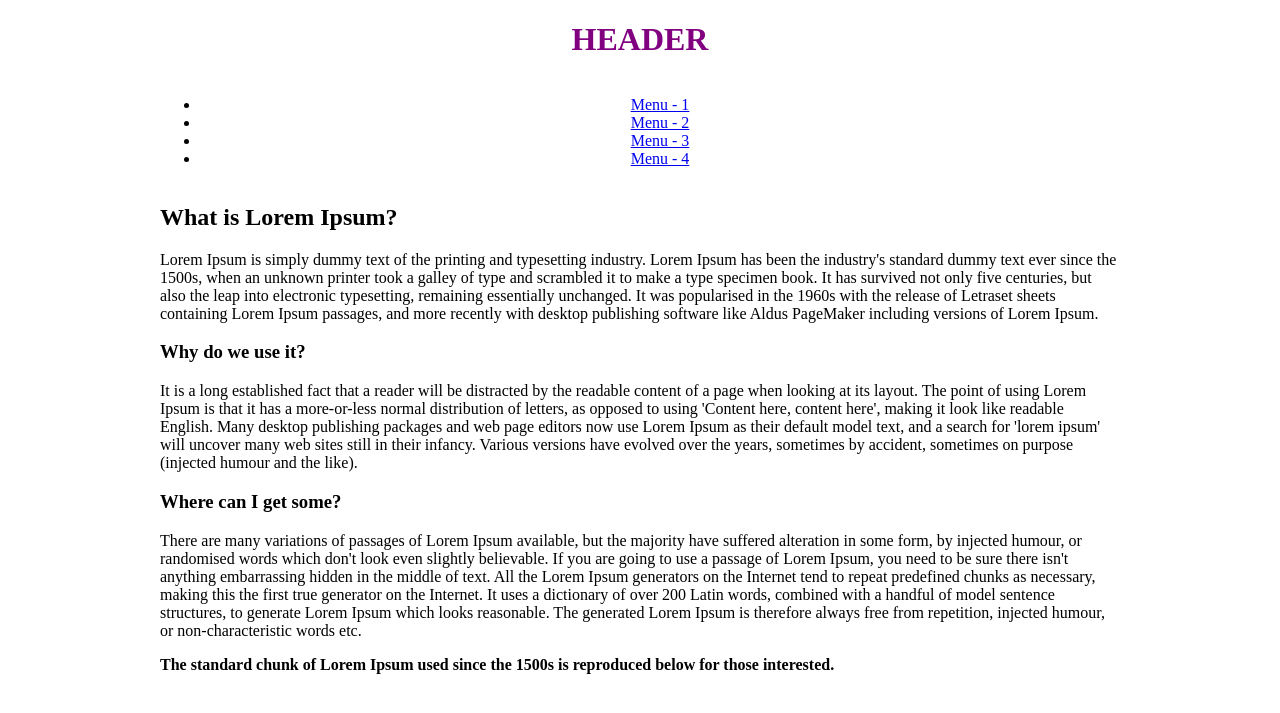
Repository: skybluelion/KB
Page: KB/work05_front/front01_html5/src/main/webapp/html06_semantic.html
The author's editor kept a copy of each file at every save. The page is drawn from the files as they stood at one save, then again after the next save.
The browser window is 1280 px wide. The pictures show the whole page.

Above is the page before, as saved 2023-04-07 06:00:56.

### KB/work05_front/front01_html5/src/main/webapp/html06_semantic.html
<!DOCTYPE html>
<html>
<head>
<meta charset="UTF-8">
<title>div태그 대신에 각각의 영역의 의미를 살린Semantic tag를 사용</title>
<style>
	body {
		width: 960px;
		margin: 0 auto;
	}

	header {
		color: purple;
		text-align: center;
	}

	nav	{
		text-align: center;
		align-content: center;
	}

	aside {
		margin

	}
}
</style>
</head>

<body>
	<header>
		<h1>HEADER</h1>
	</header>

	<nav>
		<ul>
			<li><a href="#">Menu  -   1</a></li>
			<li><a href="#">Menu  -   2</a></li>
			<li><a href="#">Menu  -   3</a></li>
			<li><a href="#">Menu  -   4</a></li>
		</ul>
	</nav>

	<aside>
		<h1>What is Lorem Ipsum?</h1>
		<p>Lorem Ipsum is simply dummy text of the printing and typesetting industry. Lorem Ipsum has been the industry's standard dummy text ever since the 1500s, when an unknown printer took a galley of type and scrambled it to make a type specimen book. It has survived not only five centuries, but also the leap into electronic typesetting, remaining essentially unchanged. It was popularised in the 1960s with the release of Letraset sheets containing Lorem Ipsum passages, and more recently with desktop publishing software like Aldus PageMaker including versions of Lorem Ipsum.</p>
	</aside>


	<article>
		<section>
			<h1>Why do we use it?</h1>
			<p>It is a long established fact that a reader will be distracted by the readable content of a page when looking at its layout. The point of using Lorem Ipsum is that it has a more-or-less normal distribution of letters, as opposed to using 'Content here, content here', making it look like readable English. Many desktop publishing packages and web page editors now use Lorem Ipsum as their default model text, and a search for 'lorem ipsum' will uncover many web sites still in their infancy. Various versions have evolved over the years, sometimes by accident, sometimes on purpose (injected humour and the like).</p>
		</section>


		<section>
			<h1>Where can I get some?</h1>
			<p>There are many variations of passages of Lorem Ipsum available, but the majority have suffered alteration in some form, by injected humour, or randomised words which don't look even slightly believable. If you are going to use a passage of Lorem Ipsum, you need to be sure there isn't anything embarrassing hidden in the middle of text. All the Lorem Ipsum generators on the Internet tend to repeat predefined chunks as necessary, making this the first true generator on the Internet. It uses a dictionary of over 200 Latin words, combined with a handful of model sentence structures, to generate Lorem Ipsum which looks reasonable. The generated Lorem Ipsum is therefore always free from repetition, injected humour, or non-characteristic words etc.</p>
		</section>
	</article>


	<footer>
		<span><b>The standard chunk of Lorem Ipsum used since the 1500s is reproduced below for those interested.</b></span>
	</footer>

</body>
</html>

After the next save:
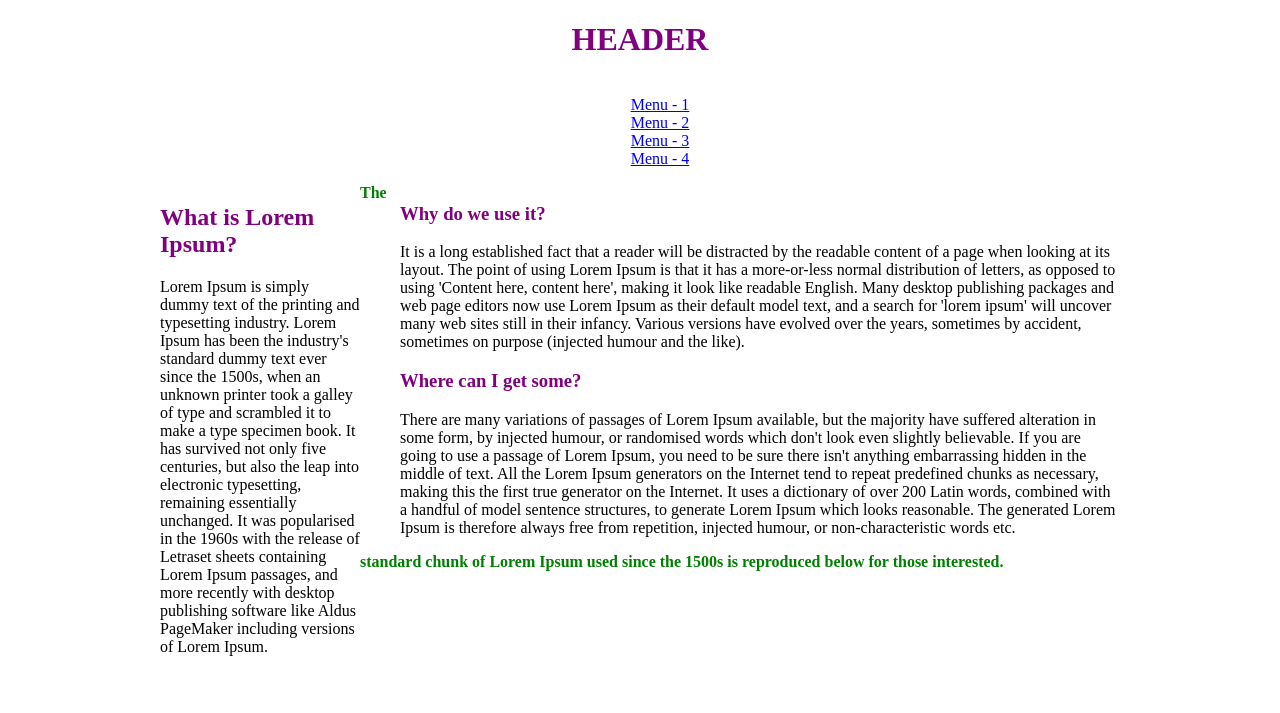
Saved 6 min 29 s later.
--- a/KB/work05_front/front01_html5/src/main/webapp/html06_semantic.html
+++ b/KB/work05_front/front01_html5/src/main/webapp/html06_semantic.html
@@ -9,20 +9,49 @@
 		margin: 0 auto;
 	}
 
-	header {
-		color: purple;
+	header, nav {
 		text-align: center;
 	}
 
+	ul {
+		list-style: none;
+	}
+
+	header {
+		color: purple;
+		align-content: center;
+	}
+
 	nav	{
-		text-align: center;
 		align-content: center;
 	}
 
 	aside {
-		margin
+		width: 200px;
+		float: left;
+		text-align: left;
 
 	}
+
+	aside>h1 {
+		color: purple;
+
+	}
+
+	article {
+		width: 720px;
+		float: right;
+	}
+
+	article>section>h1 {
+		color: purple;
+
+	}
+
+	footer {
+		color: green;
+	}
+
 }
 </style>
 </head>
